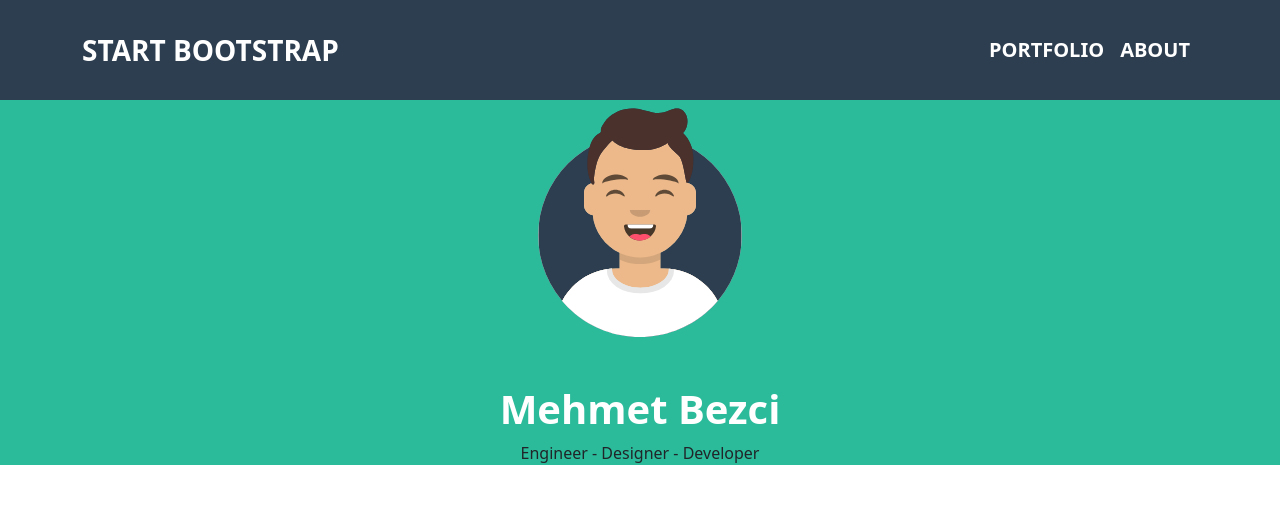
Repository: 7JaxeN7/WT-1255P-Mehmet_BEZC-
Page: index.html
The author's editor kept a copy of each file at every save. The page is drawn from the files as they stood at one save, then again after the next save.
The browser window is 1280 px wide. The pictures show the whole page.

Above is the page before, as saved 2025-01-06 21:09:19.

### index.html
<!DOCTYPE html>
<html lang="tr">

<head>
  <meta charset="UTF-8">
  <meta name="viewport" content="width=device-width, initial-scale=1.0">
  <link rel="stylesheet" href="style.css">
  <link href="https://cdn.jsdelivr.net/npm/bootstrap@5.3.3/dist/css/bootstrap.min.css" rel="stylesheet"
    integrity="sha384-QWTKZyjpPEjISv5WaRU9OFeRpok6YctnYmDr5pNlyT2bRjXh0JMhjY6hW+ALEwIH" crossorigin="anonymous">
  <title>Start Bootstrap</title>
</head>

<body>
  <!-- Navbar -->
  <header>
    <nav class="navbar navbar-expand-lg navbar-bg">
      <div class="container pt-3 pb-3">
        <a class="navbar-brand text-white fw-bolder fs-3" href="#">START BOOTSTRAP</a>
        <button class="navbar-toggler" type="button" data-bs-toggle="collapse" data-bs-target="#navbarNav"
          aria-controls="navbarNav" aria-expanded="false" aria-label="Toggle navigation">
          <span class="navbar-toggler-icon"></span>
        </button>
        <div class="collapse navbar-collapse" id="navbarNav">
          <ul class="navbar-nav ms-auto">
            <li class="nav-item">
              <a class="nav-link text-white fw-bolder fs-5" href="#">PORTFOLIO</a>
            </li>
            <li class="nav-item">
              <a class="nav-link text-white fw-bolder fs-5" href="#">ABOUT</a>
            </li>
          </ul>
        </div>
      </div>
    </nav>
  </header>
  <!-- Herosection -->
   <div class="herosection-bg">
    <div class="container text-center">
      <img src="/assets/img/avataaars.svg" width="20%"/>
    <h1 class="mt-5 text-white fw-bolder">Mehmet Bezci</h1>
    <p>Engineer - Designer - Developer</p>
    </div>
   </div>
  <!-- Burası bootstrap script kısmı -->
  <script src="https://cdn.jsdelivr.net/npm/bootstrap@5.3.3/dist/js/bootstrap.bundle.min.js"
    integrity="sha384-YvpcrYf0tY3lHB60NNkmXc5s9fDVZLESaAA55NDzOxhy9GkcIdslK1eN7N6jIeHz"
    crossorigin="anonymous"></script>
</body>

</html>

### style.css
.navbar-bg {
  background-color: #2d3e50 !important;
}
.herosection-bg{
    background-color: #2bbb9b ;
}

After the next save:
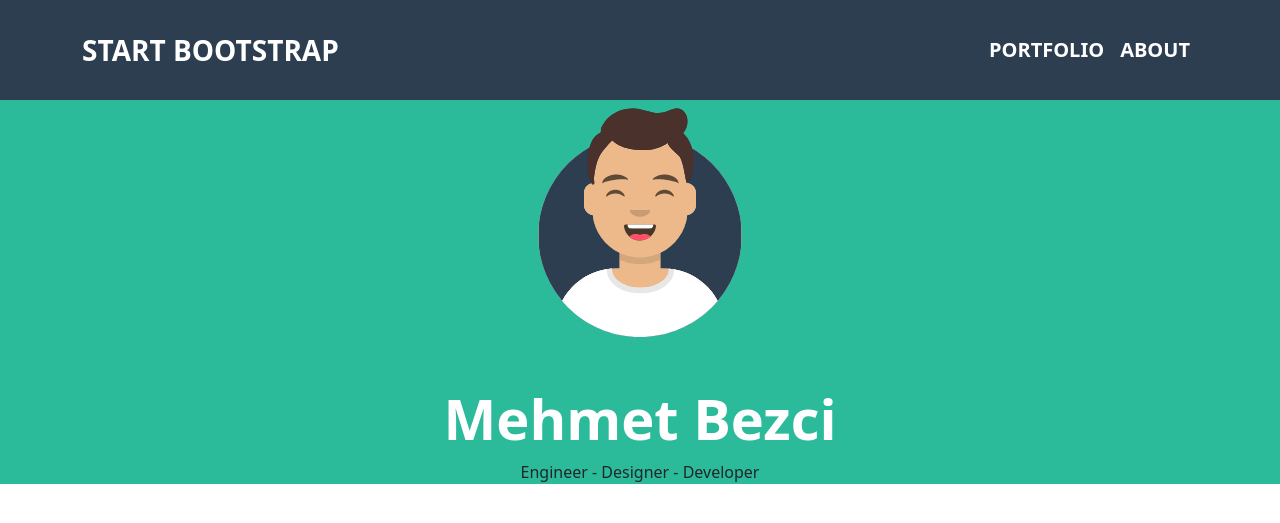
Saved 114 s later.
--- a/index.html
+++ b/index.html
@@ -37,7 +37,7 @@
    <div class="herosection-bg">
     <div class="container text-center">
       <img src="/assets/img/avataaars.svg" width="20%"/>
-    <h1 class="mt-5 text-white fw-bolder">Mehmet Bezci</h1>
+    <h1 class="mt-5 text-white fw-bolder display-4">Mehmet Bezci</h1>
     <p>Engineer - Designer - Developer</p>
     </div>
    </div>
